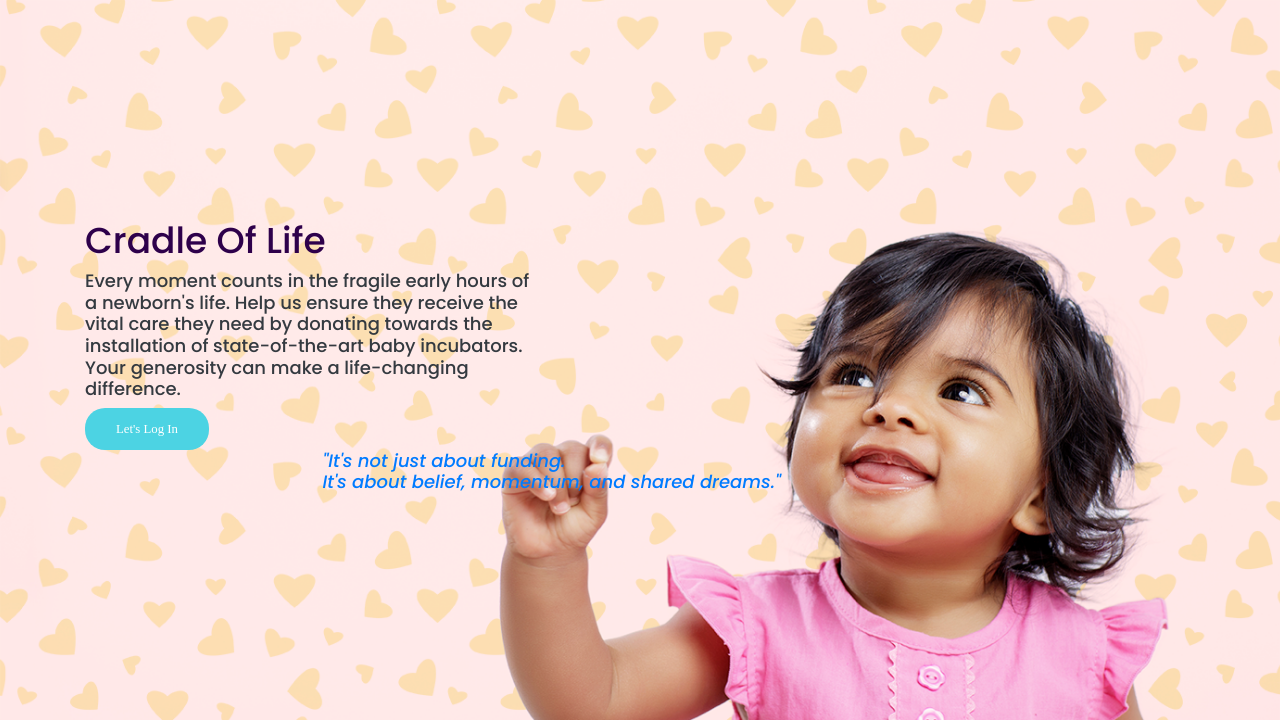
Repository: Adu065/Cradle-of-Life
Page: http://localhost/CradleOfLife/pages/login.jsp
These files come from the project's save history. The page is drawn as it stood at one moment and after the next save; the edit follows.
The browser window is 1280 px wide. The pictures show the whole page.
Some web fonts or font styles are not loaded; a fallback is used. The page is served by Tomcat 9.

Above is the page before, as saved 2023-08-24 14:01:38.

After the next save:
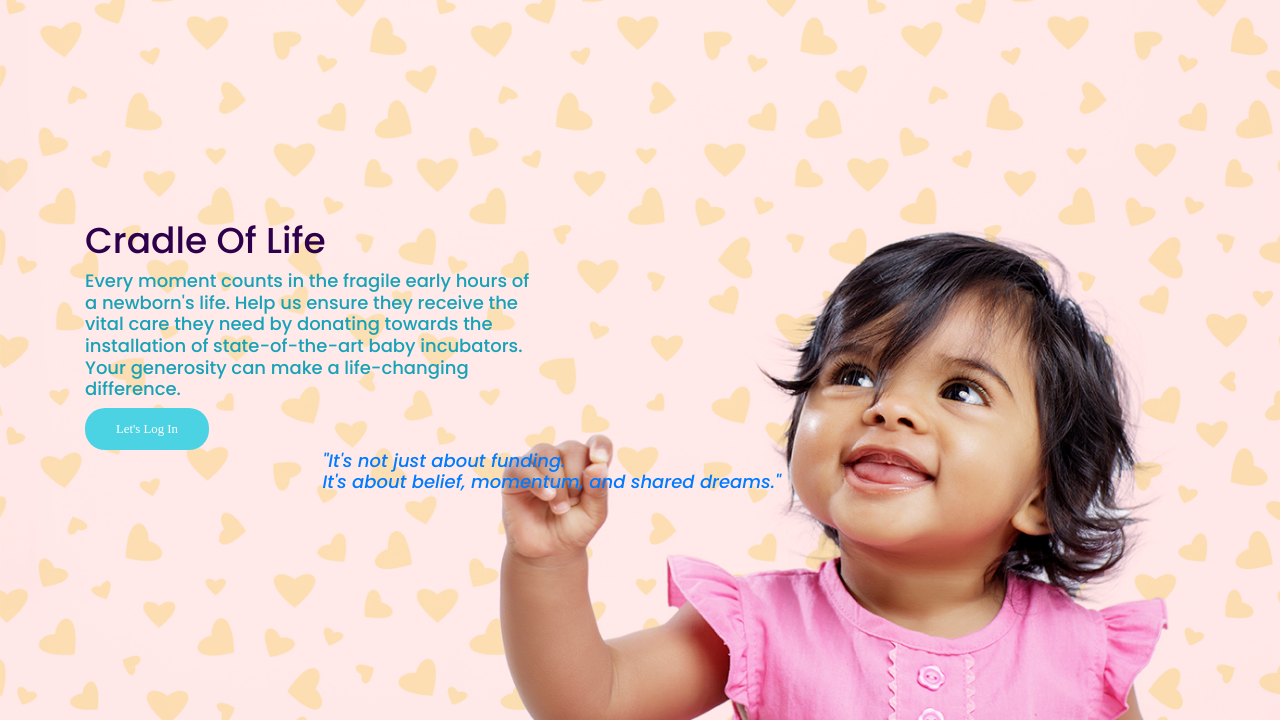
Saved 18 s later.
--- a/CradleOfLife/WebContent/pages/login.jsp
+++ b/CradleOfLife/WebContent/pages/login.jsp
@@ -42,7 +42,7 @@
 							<h1>
 								Cradle Of Life
 							</h1>
-							<h4 class="text-dark text-italic">Every moment counts in the fragile early hours of a
+							<h4 class="text-info text-italic">Every moment counts in the fragile early hours of a
 								newborn's life. Help us ensure they receive the vital care they
 								need by donating towards the installation of state-of-the-art
 								baby incubators. Your generosity can make a life-changing
